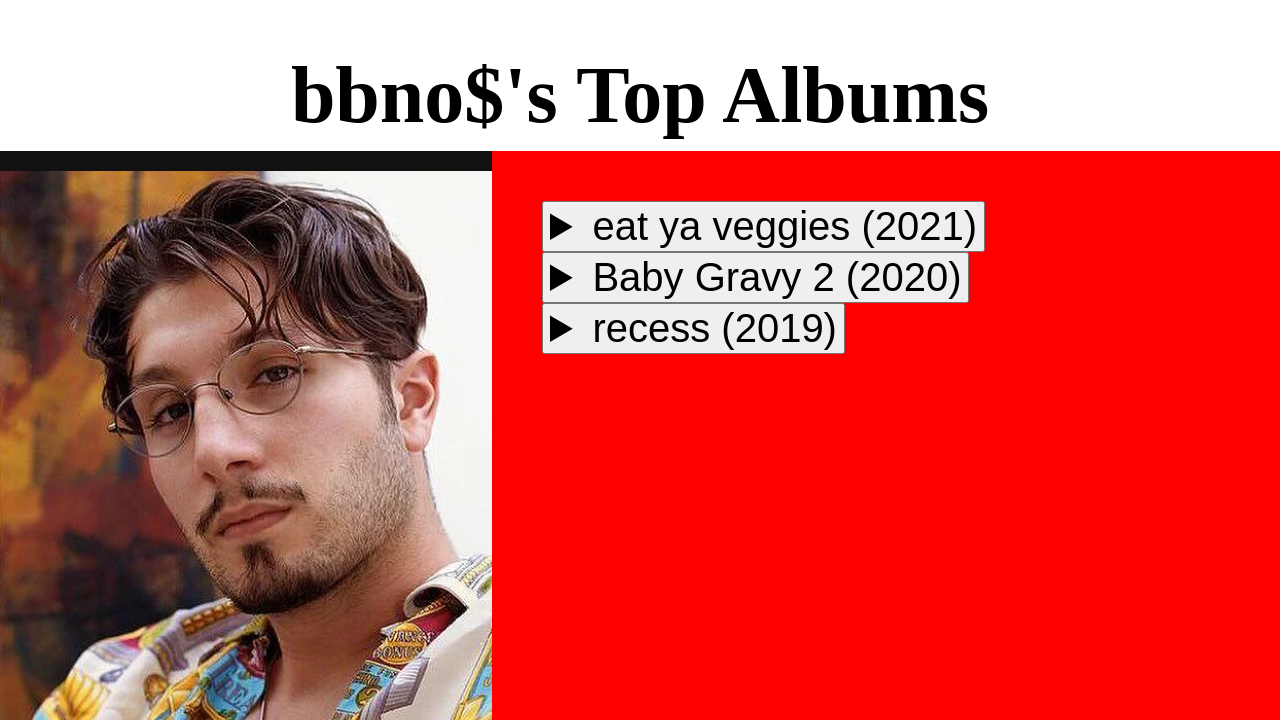
Repository: Jennica1/Lab1
Page: /
These files come from the project's save history. The page is drawn as it stood at one moment and after the next save; the edit follows.
The browser window is 1280 px wide. The pictures show the whole page.
The project was rebuilt for these pictures with package versions that can differ from the ones it lists, and the page was loaded fresh each time. Also part of the build but not shown: vite.config.js.

Above is the page before, as saved 2024-09-09 18:40:01.

### index.html
<!doctype html>
<html lang="en">
  <head>
    <meta charset="UTF-8" />
    <link rel="icon" type="image/svg+xml" href="/vite.svg" />
    <meta name="viewport" content="width=device-width, initial-scale=1.0" />
    <title>Top bbno$ Albums</title>
  </head>
  <body>
    <div id="root"></div>
    <script type="module" src="/src/main.jsx"></script>
  </body>
</html>

### src/App.jsx
import { useState } from 'react'
import reactLogo from './assets/react.svg'
import viteLogo from '/vite.svg'

import './App.css'

function App() {

  return (
    <>

      <body className='main'>
      <header className='header'>
        <h1 className='title'>bbno$'s Top Albums</h1>
      </header>
        <div className='split left'>
          <img src="/images/bbno$_profile.webp" alt='bbno$' />
        </div>
        <div className='split right'>

          <div className='albums'>
            <button>
          <details>
            <summary>eat ya veggies (2021)</summary>
            <p>edamame (ft. Rich Brian)</p>
            <p>big boss baby</p>
            <p>2 time zones</p>
          </details>
          </button>
<button>
          <details>
            <summary>Baby Gravy 2 (2020)</summary>
            <p>Welcome to Chillis</p>
            <p>Cadbury Creme</p>
            <p>Shining on my ex</p>
          </details>
</button>
<button>
          <details>
            <summary>recess (2019)</summary>
            <p>nursery</p>
            <p>bunk</p>
            <p>chess</p>
          </details>
          </button>
          </div>
        </div>
      </body>


    </>
  )
}

export default App

### src/index.css
summary {
    font-size: 40px;
}

### src/App.css
#root {
  max-width: 1280px;
  margin: 0 auto;
  padding: 2rem;
}

.header {
  font-size: 40px;

}

.title {
  margin: 10px;
  display: flex;
  justify-content: center;
}

.albums {
 margin: 30px
}

.split {
position: fixed;
height: 100%;
width: 50%;
overflow-x: hidden;
padding-top: 20px;
display: flex;
}

.left {
  left: 0;
  background-color: #111;
}

.right {
  padding-left: 20px;
  width: 60%;
  right: 0;
  background-color: red;
}

Loaded but not shown: src/main.jsx (common file)

After the next save:
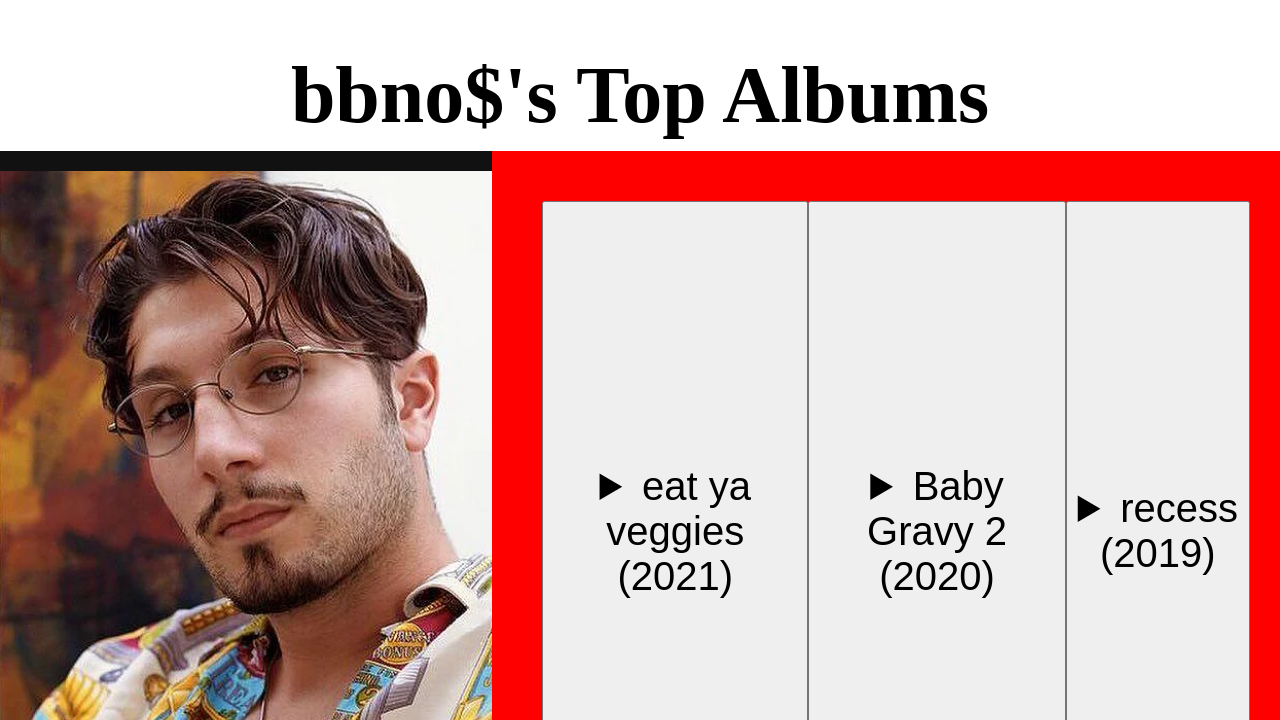
Saved 24 s later.
--- a/src/App.css
+++ b/src/App.css
@@ -16,7 +16,8 @@
 }
 
 .albums {
- margin: 30px
+ margin: 30px;
+ display: flex;
 }
 
 .split {
